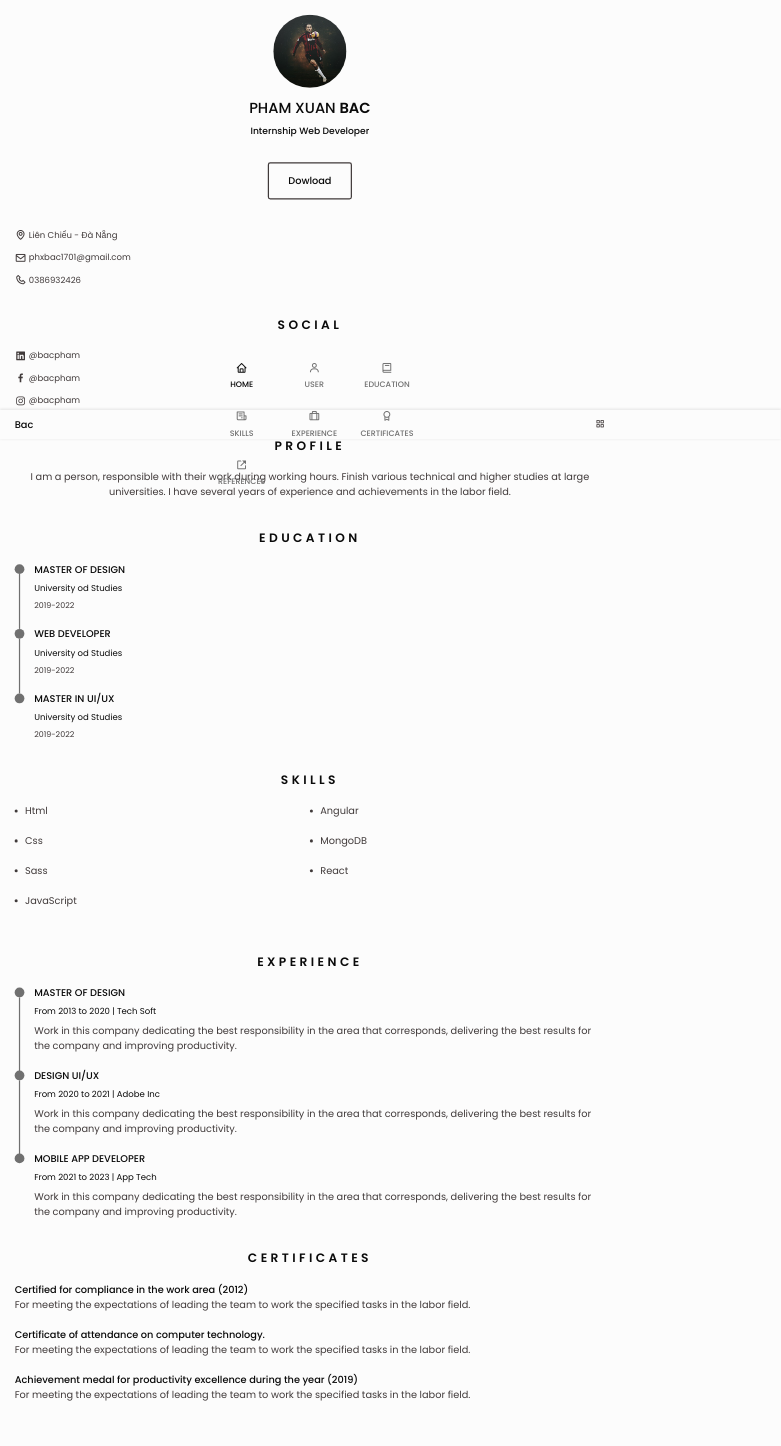
Repository: northpx/myCV
Page: index.html
These files come from the project's save history. The page is drawn as it stood at one moment and after a run of saves; the edit follows.
The browser window is 1280 px wide. The pictures show the whole page, at 61% of full size.

Above is the page before, as saved 2023-02-23 12:53:12.

After the next 4 saves:
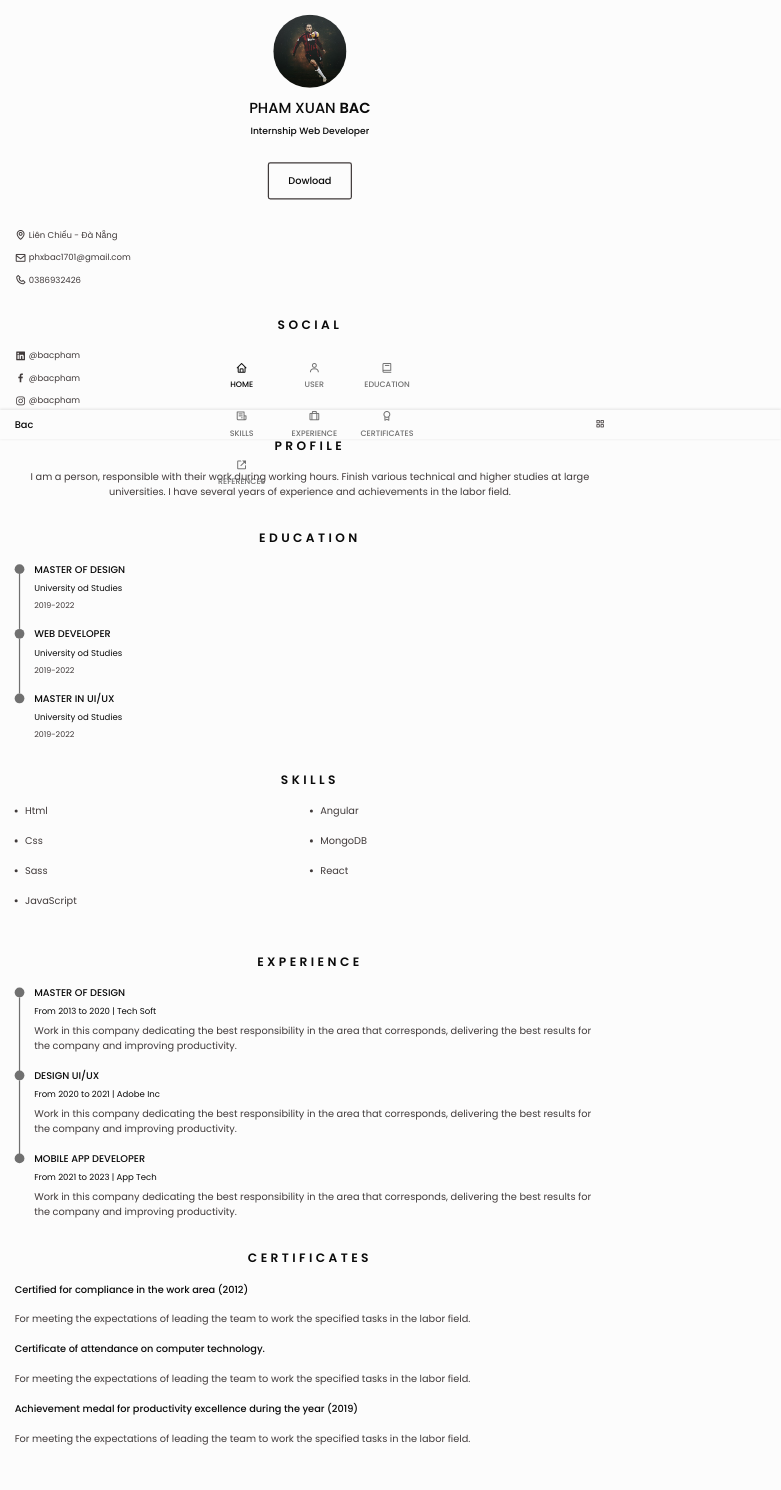
The 4 saves are shown as one change because they came seconds apart.
The last was saved 15 s later.
--- a/src/css/styles.css
+++ b/src/css/styles.css
@@ -321,5 +321,5 @@ img{
 
 .certificate__title{
     font-size: var(--h3-font-size);
-
-}
+    margin-bottom: var(--mb-3);
+}
